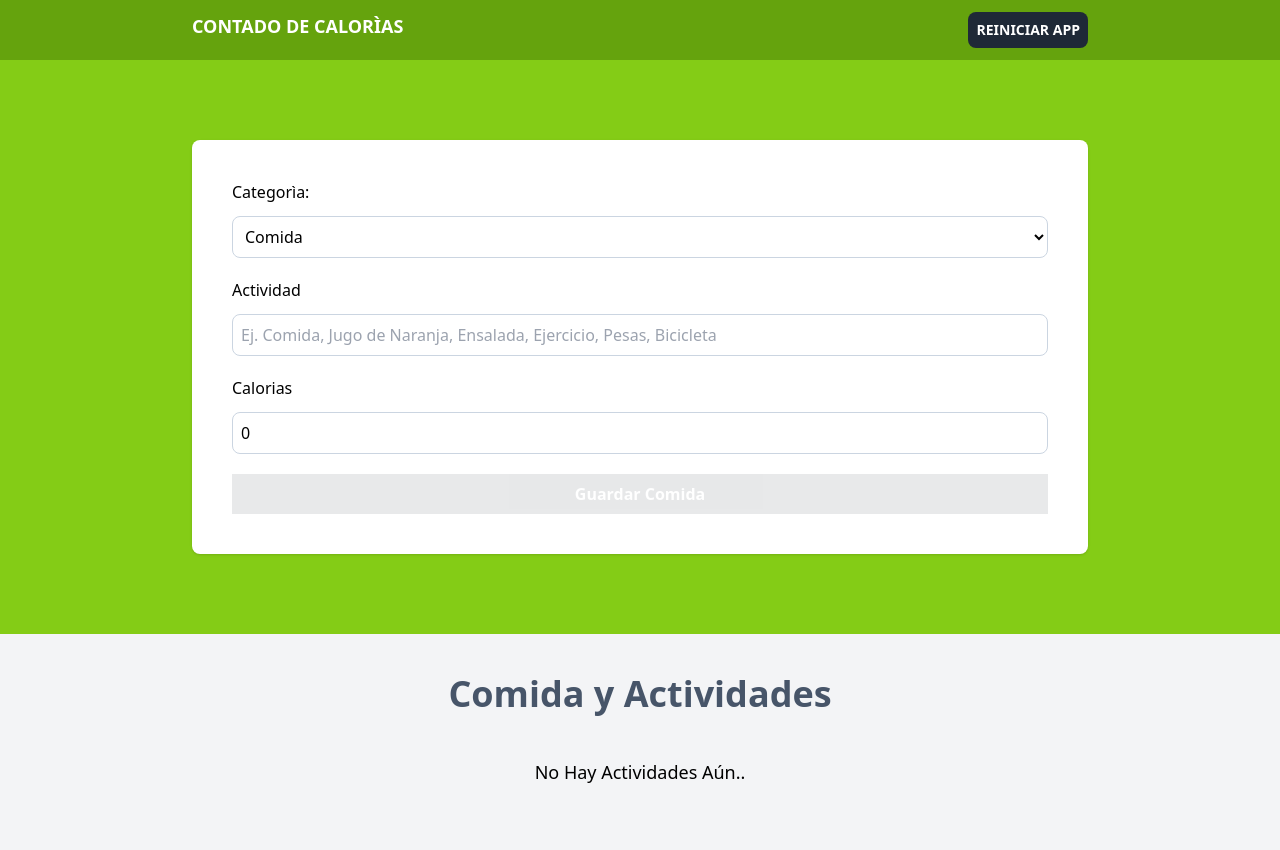
Repository: Matiiu/calorie-tracker
Page: /
An editor plug-in stored every save of this project. The page is shown before and after the next save, followed by the edit.
The browser window is 1280 px wide. The pictures show the whole page.
The project was rebuilt for these pictures with package versions that can differ from the ones it lists, and the page was loaded fresh each time. Also part of the build but not shown: vite.config.ts.

Above is the page before, as saved 2024-04-01 18:28:30.

After the next save:
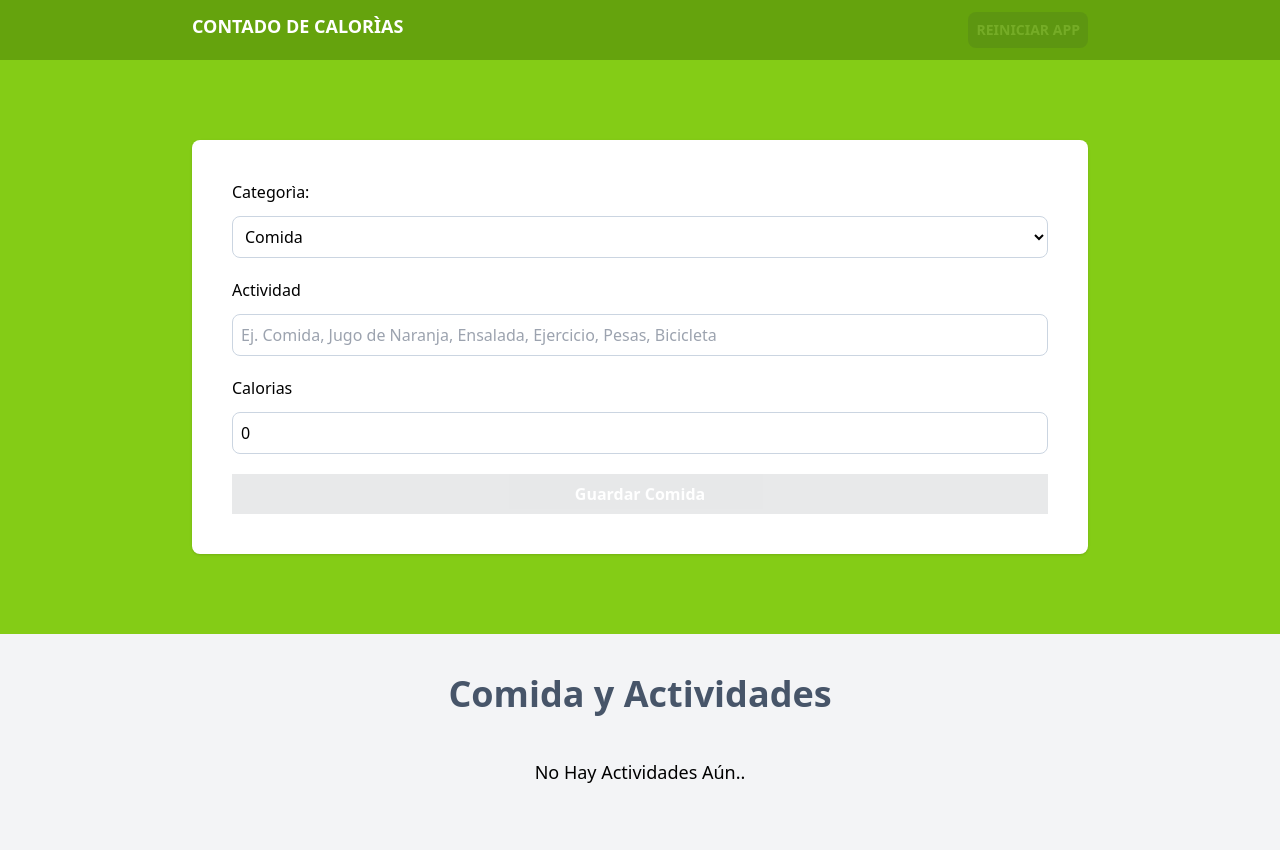
Saved 4 s later.
--- a/src/components/Header.tsx
+++ b/src/components/Header.tsx
@@ -7,7 +7,7 @@ type HeaderProps = {
 
 export default function Header({ state }: HeaderProps) {
   console.log(!state.activities.length)
-  const canRestartApp = useMemo(() => !!state.activities.length, [state.activities]);
+  const canRestartApp = useMemo(() => !state.activities.length, [state.activities]);
 
   return (
     <header className="bg-lime-600 py-3">
